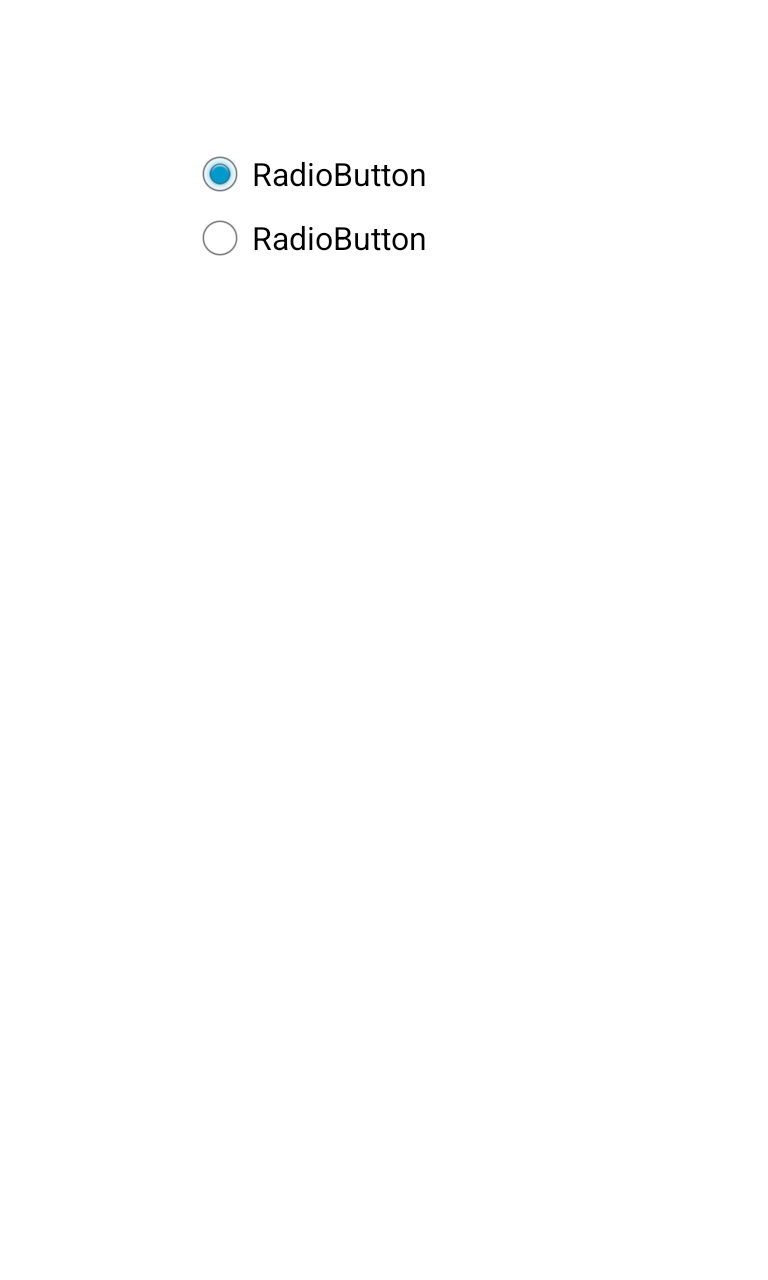
Repository: 12030121030/eventhandling
Layout: scroll/res/layout/activity_checked_change_listner.xml
These files come from the project's save history. The layout is drawn as it stood at one moment and after the next save; the edit follows.
It is drawn on a 768 x 1280 px phone screen (xhdpi) without system bars, with theme AppTheme; the app's code is not run.

Above is the layout before, as saved 2014-12-27 04:02:47.

After the next save:
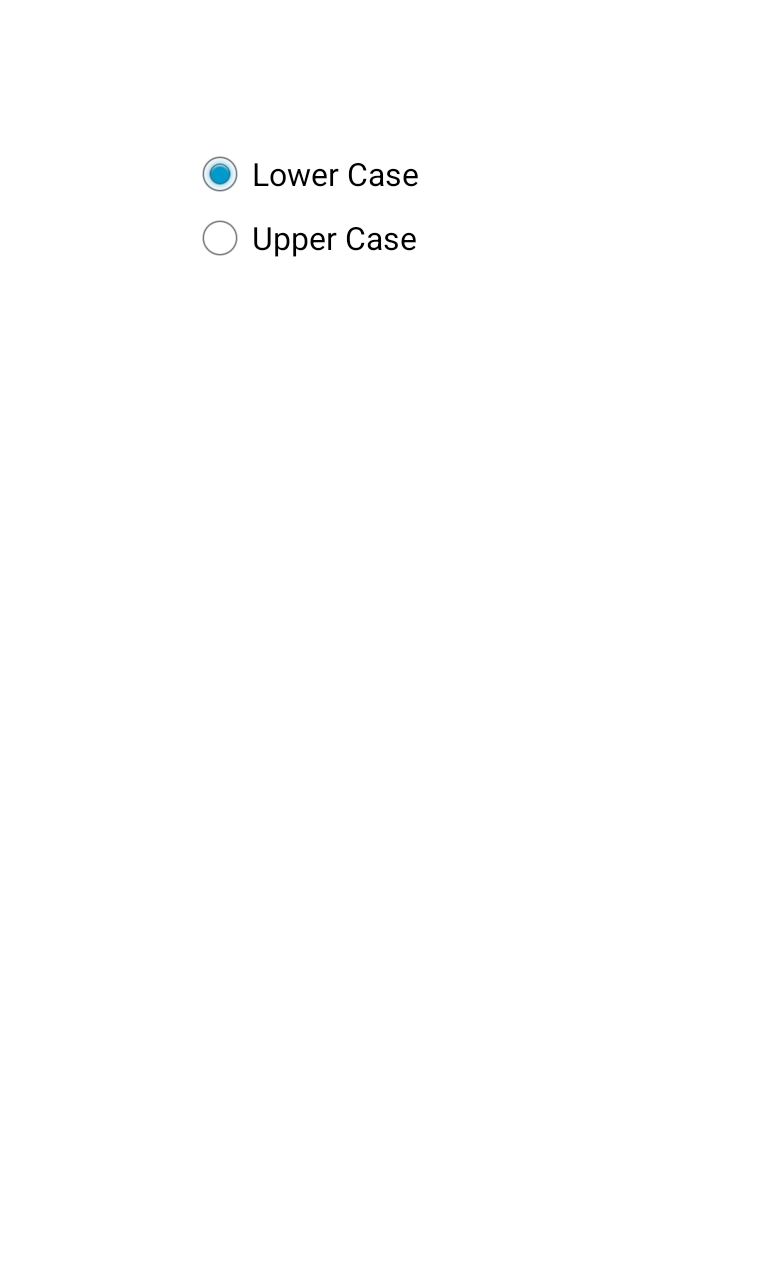
Saved 23 s later.
--- a/scroll/res/layout/activity_checked_change_listner.xml
+++ b/scroll/res/layout/activity_checked_change_listner.xml
@@ -22,13 +22,13 @@
             android:layout_width="wrap_content"
             android:layout_height="wrap_content"
             android:checked="true"
-            android:text="RadioButton" />
+            android:text="Lower Case" />
 
         <RadioButton
             android:id="@+id/uCase"
             android:layout_width="wrap_content"
             android:layout_height="wrap_content"
-            android:text="RadioButton" />
+            android:text="Upper Case" />
 
     </RadioGroup>
 
